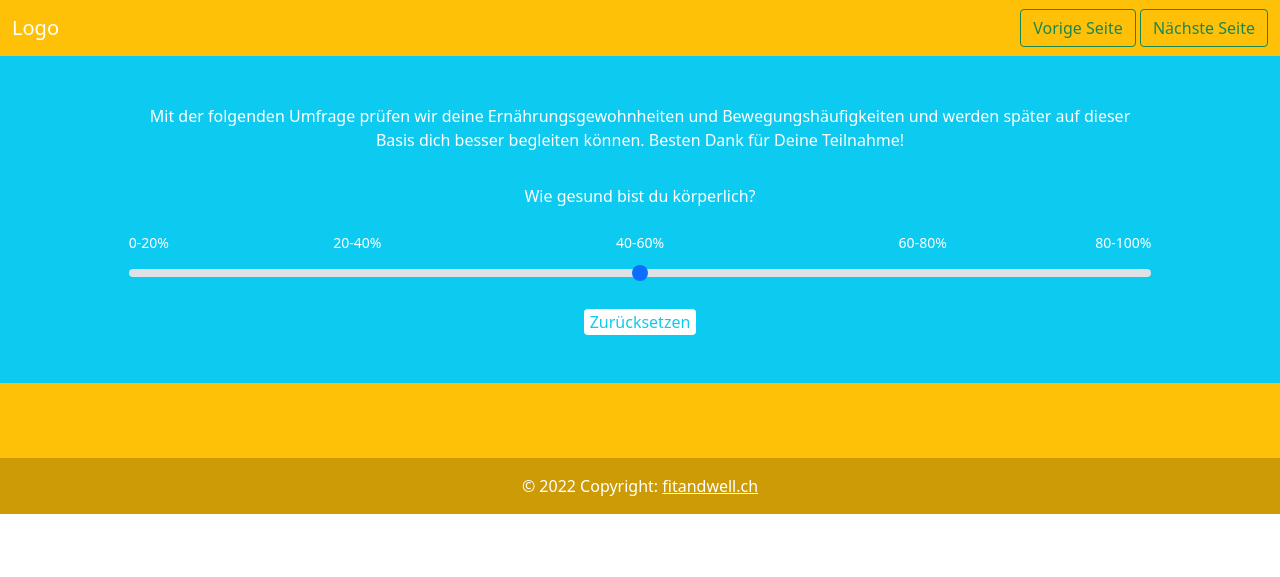
Repository: stephane71183101/Stephane-Personal-Health-Survey
Page: http://localhost/form-q01-start-page.php
These files come from the project's save history. The page is drawn as it stood at one moment and after the next save; the edit follows.
The browser window is 1280 px wide. The pictures show the whole page.
The page is run by PHP 8.4 with error messages shown; the project is at /var/www/html/.

Above is the page before, as saved 2022-03-15 22:50:52.

After the next save:
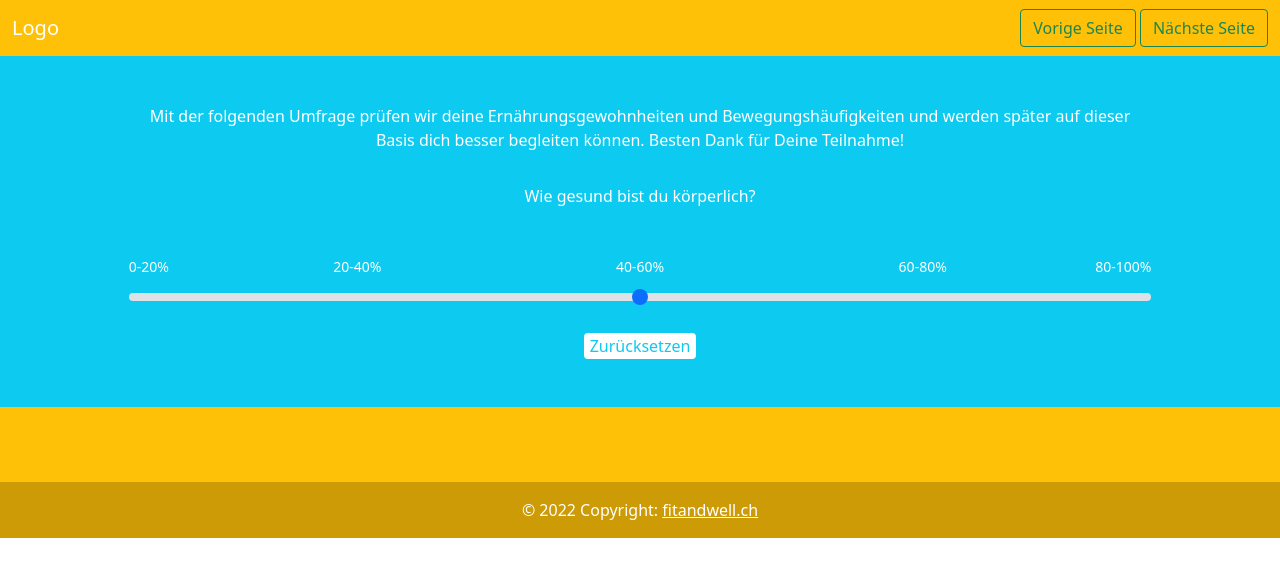
Saved 8 s later.
--- a/form-q01-start-page.php
+++ b/form-q01-start-page.php
@@ -33,7 +33,7 @@
     <div class="container-fluid pb-5 text-center text-white bg-info">
         <div  class="container col-10">
         <form>
-        <label for="customRange1" class="form-label mb-4">Wie gesund bist du körperlich?</label>
+        <label for="customRange1" class="form-label mb-5">Wie gesund bist du körperlich?</label>
         <div class="container-fluid px-0 mb-2 small">
         <div class="row g-0">
         <div class="col text-start">0-20%</div>
